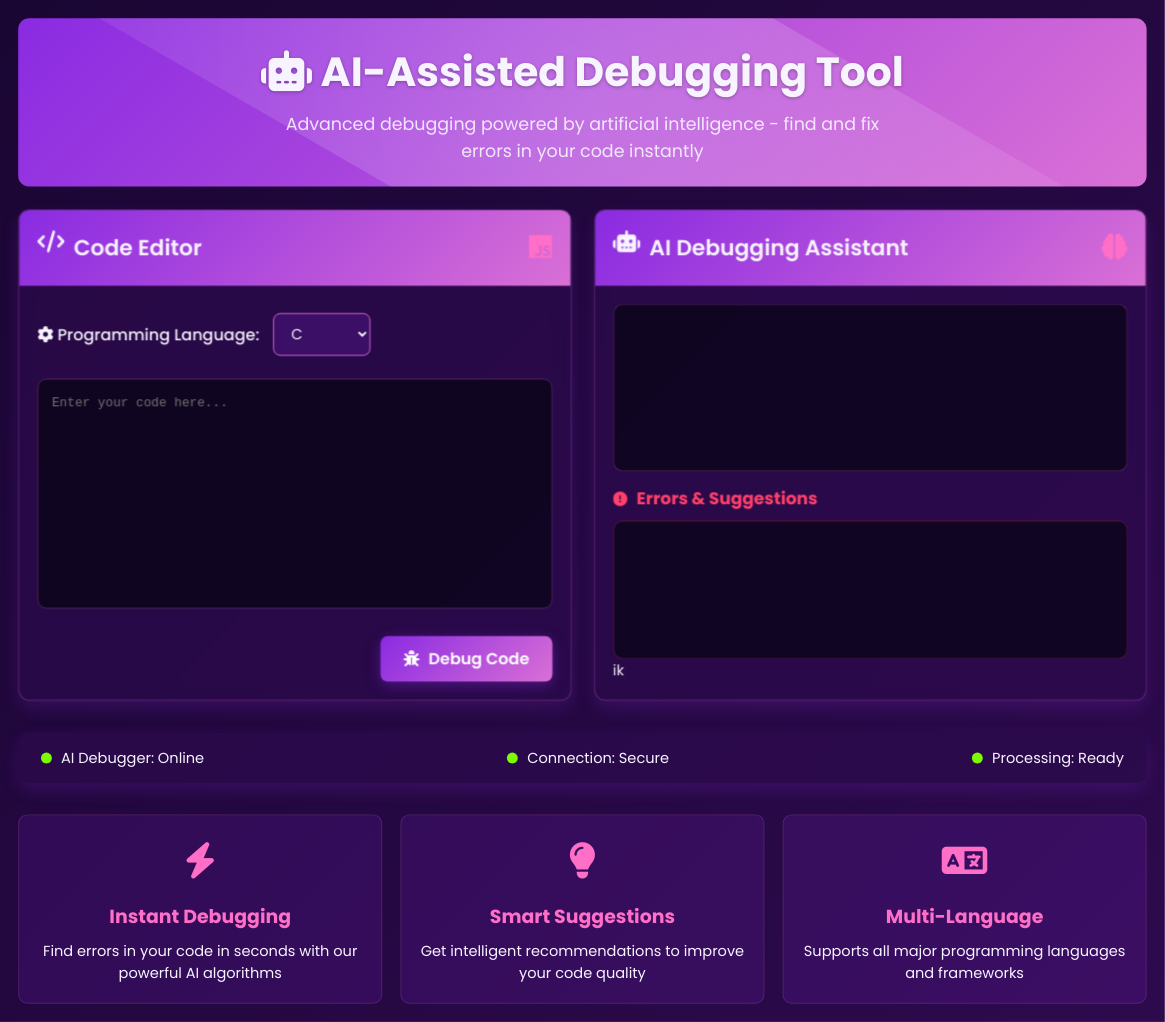
Repository: ujjwalkathait/AI-Asissted_Debugging_tool
Page: Frontend/public/index.html
The author's editor kept a copy of each file at every save. The page is drawn from the files as they stood at one save, then again after a run of saves.
The browser window is 1280 px wide. The pictures show the whole page, at 91% of full size.

Above is the page before, as saved 2025-07-13 23:07:13.

### Frontend/public/index.html
<!DOCTYPE html>
<html lang="en">
<head>
    <meta charset="UTF-8">
    <meta name="viewport" content="width=device-width, initial-scale=1.0">
    <title>AI-Assisted Debugging Tool</title>
    <link href="https://fonts.googleapis.com/css2?family=Poppins:wght@300;400;500;600;700&display=swap" rel="stylesheet">
    <link rel="stylesheet" href="https://cdnjs.cloudflare.com/ajax/libs/font-awesome/6.4.0/css/all.min.css">
    <link rel="stylesheet" href="style.css">
</head>
<body>
    <div class="container">
        <header>
            <h1><i class="fas fa-robot"></i> AI-Assisted Debugging Tool</h1>
            <p>Advanced debugging powered by artificial intelligence - find and fix errors in your code instantly</p>
        </header>

        <div class="main-content">
            <div class="panel">
                <div class="panel-header">
                    <div class="panel-title">
                        <i class="fas fa-code floating"></i>
                        <span>Code Editor</span>
                    </div>
                    <div class="language-icon">
                        <i class="fab fa-js"></i>
                    </div>
                </div>
                <div class="panel-body">
                    <div class="editor-container">
                        <div class="language-selector">
                            <label for="language-select"><i class="fas fa-cog"></i> Programming Language:</label>
                            <select id="language-select">
                                <option>C</option>
                                <option>C++</option>
                                <option>Python</option>
                                <option>Java</option>
                            </select>
                        </div>
                        <textarea class="code-editor" id="code-input" placeholder="Enter your code here..."></textarea>
                        <button class="debug-btn" id="debug-button">
                            <i class="fas fa-bug"></i> Debug Code
                        </button>
                    </div>
                </div>
            </div>

            <div class="panel">
                <div class="panel-header">
                    <div class="panel-title">
                        <i class="fas fa-robot floating"></i>
                        <span>AI Debugging Assistant</span>
                    </div>
                    <div class="language-icon">
                        <i class="fas fa-brain"></i>
                    </div>
                </div>
                <div class="panel-body">
                    <div class="output-container">
                        <div class="ai-output" id="debug-output">
                </div>

                        <div class="error-container">
                            <div class="error-header">
                                <i class="fas fa-exclamation-circle"></i>
                                <h3>Errors & Suggestions</h3>
                            </div>
                            <div class="error-box" id="error-output"></div>
                        </div>
                    </div>ik
                </div>
            </div>
        </div>

        <div class="status-bar">
            <div class="status-item">
                <div class="status-indicator"></div>
                <span>AI Debugger: Online</span>
            </div>
            <div class="status-item">
                <div class="status-indicator"></div>
                <span>Connection: Secure</span>
            </div>
            <div class="status-item">
                <div class="status-indicator"></div>
                <span>Processing: Ready</span>
            </div>
        </div>

        <div class="feature-grid">
            <div class="feature-card">
                <div class="feature-icon">
                    <i class="fas fa-bolt"></i>
                </div>
                <h3>Instant Debugging</h3>
                <p>Find errors in your code in seconds with our powerful AI algorithms</p>
            </div>
            <div class="feature-card">
                <div class="feature-icon">
                    <i class="fas fa-lightbulb"></i>
                </div>
                <h3>Smart Suggestions</h3>
                <p>Get intelligent recommendations to improve your code quality</p>
            </div>
            <div class="feature-card">
                <div class="feature-icon">
                    <i class="fas fa-language"></i>
                </div>
                <h3>Multi-Language</h3>
                <p>Supports all major programming languages and frameworks</p>
            </div>
        </div>
    </div>

    <script src="script.js"></script>
</body>
</html>

### Frontend/public/style.css
:root {
    --primary: #8A2BE2;
    --secondary: #DA70D6;
    --accent: #FF6EC7;
    --dark: #2D0A4D;
    --light: #F8F4FF;
    --text: #4A2A7C;
    --success: #7CFC00;
    --error: #FF416C;
    --border-radius: 12px;
    --transition: all 0.3s ease;
    --box-shadow: 0 8px 20px rgba(138, 43, 226, 0.2);
    --gradient: linear-gradient(135deg, var(--primary), var(--secondary));
}

* {
    margin: 0;
    padding: 0;
    box-sizing: border-box;
    font-family: 'Poppins', sans-serif;
}

body {
    background: linear-gradient(135deg, #1a0633, #2d0a4d);
    color: var(--light);
    min-height: 100vh;
    padding: 20px;
    display: flex;
    justify-content: center;
    align-items: center;
}

.container {
    width: 100%;
    max-width: 1600px;
    display: flex;
    flex-direction: column;
    gap: 25px;
}

header {
    text-align: center;
    padding: 25px;
    background: var(--gradient);
    border-radius: var(--border-radius);
    box-shadow: var(--box-shadow);
    animation: pulse 3s infinite;
    position: relative;
    overflow: hidden;
}

header::before {
    content: "";
    position: absolute;
    top: -50%;
    left: -50%;
    width: 200%;
    height: 200%;
    background: radial-gradient(circle, rgba(255,255,255,0.2) 0%, rgba(255,255,255,0) 70%);
    transform: rotate(30deg);
}

header h1 {
    font-size: 2.8rem;
    font-weight: 700;
    margin-bottom: 10px;
    text-shadow: 0 2px 4px rgba(0,0,0,0.3);
    position: relative;
}

header p {
    font-size: 1.2rem;
    opacity: 0.9;
    max-width: 700px;
    margin: 0 auto;
    position: relative;
}

.main-content {
    display: flex;
    gap: 25px;
    height: 75vh;
}

.panel {
    background: rgba(45, 10, 77, 0.7);
    backdrop-filter: blur(10px);
    border-radius: var(--border-radius);
    box-shadow: var(--box-shadow);
    overflow: hidden;
    display: flex;
    flex-direction: column;
    border: 1px solid rgba(218, 112, 214, 0.3);
    flex: 1;
}

.panel-header {
    padding: 20px;
    background: var(--gradient);
    display: flex;
    justify-content: space-between;
    align-items: center;
}

.panel-title {
    font-size: 1.5rem;
    font-weight: 600;
    display: flex;
    align-items: center;
    gap: 10px;
}

.panel-body {
    padding: 20px;
    flex: 1;
    display: flex;
    flex-direction: column;
    overflow: hidden;
}

.editor-container {
    flex: 1;
    display: flex;
    flex-direction: column;
    gap: 15px;
}

.language-selector {
    display: flex;
    align-items: center;
    gap: 15px;
    padding: 10px 0;
}

.language-selector label {
    font-size: 1.1rem;
    font-weight: 500;
}

select {
    padding: 10px 15px;
    background: rgba(138, 43, 226, 0.2);
    border: 1px solid var(--secondary);
    border-radius: 8px;
    color: white;
    font-size: 1rem;
    cursor: pointer;
    transition: var(--transition);
    outline: none;
}

select:focus {
    box-shadow: 0 0 0 3px rgba(218, 112, 214, 0.4);
}

.code-editor {
    flex: 1;
    background: rgba(10, 5, 25, 0.8);
    border-radius: 10px;
    border: 1px solid rgba(218, 112, 214, 0.3);
    padding: 15px;
    font-family: 'Courier New', monospace;
    font-size: 14px;
    color: #E6D4FF;
    line-height: 1.5;
    resize: none;
    transition: var(--transition);
}

.code-editor:focus {
    border-color: var(--accent);
    box-shadow: 0 0 0 3px rgba(255, 110, 199, 0.2);
}

.debug-btn {
    padding: 12px 25px;
    background: var(--gradient);
    color: white;
    border: none;
    border-radius: 8px;
    font-size: 1.1rem;
    font-weight: 600;
    cursor: pointer;
    transition: var(--transition);
    display: flex;
    align-items: center;
    justify-content: center;
    gap: 10px;
    margin-top: 15px;
    align-self: flex-end;
    box-shadow: 0 4px 15px rgba(138, 43, 226, 0.4);
}

.debug-btn:hover {
    transform: translateY(-3px);
    box-shadow: 0 6px 20px rgba(138, 43, 226, 0.6);
}

.debug-btn:active {
    transform: translateY(1px);
}

.output-container {
    flex: 1;
    display: flex;
    flex-direction: column;
    gap: 15px;
    overflow: hidden;
}

.ai-output {
    background: rgba(10, 5, 25, 0.8);
    border-radius: 10px;
    border: 1px solid rgba(218, 112, 214, 0.3);
    padding: 15px;
    font-family: 'Courier New', monospace;
    font-size: 14px;
    color: #E6D4FF;
    line-height: 1.5;
    overflow-y: auto;
    height: 200px;
}

.error-container {
    display: flex;
    flex-direction: column;
    gap: 10px;
    height: 210px;
}

.error-header {
    display: flex;
    align-items: center;
    gap: 10px;
    color: var(--error);
}

.error-box {
    background: rgba(10, 5, 25, 0.8);
    border-radius: 10px;
    border: 1px solid rgba(255, 65, 108, 0.3);
    padding: 15px;
    font-family: 'Courier New', monospace;
    font-size: 14px;
    color: #FFA8BA;
    line-height: 1.5;
    overflow-y: auto;
    height: 100%;
}
.error-box pre{
    margin: 0;
    white-space: pre-wrap;
    word-break: break-word;

}
.status-bar {
    display: flex;
    justify-content: space-between;
    padding: 15px 25px;
    background: rgba(45, 10, 77, 0.7);
    border-radius: var(--border-radius);
    box-shadow: var(--box-shadow);
    margin-top: 10px;
}

.status-item {
    display: flex;
    align-items: center;
    gap: 10px;
}

.status-indicator {
    width: 12px;
    height: 12px;
    border-radius: 50%;
    background: var(--success);
}

.status-indicator.error {
    background: var(--error);
}

.language-icon {
    font-size: 1.8rem;
    color: var(--accent);
}

.feature-grid {
    display: grid;
    grid-template-columns: repeat(3, 1fr);
    gap: 20px;
    margin-top: 10px;
}

.feature-card {
    background: rgba(138, 43, 226, 0.15);
    border-radius: 10px;
    padding: 20px;
    text-align: center;
    transition: var(--transition);
    border: 1px solid rgba(218, 112, 214, 0.2);
}

.feature-card:hover {
    transform: translateY(-5px);
    background: rgba(138, 43, 226, 0.25);
    box-shadow: 0 8px 20px rgba(138, 43, 226, 0.3);
}

.feature-icon {
    font-size: 2.5rem;
    color: var(--accent);
    margin-bottom: 15px;
}

.feature-card h3 {
    font-size: 1.3rem;
    margin-bottom: 10px;
    color: var(--accent);
}

/* Animations */
@keyframes pulse {
    0% { box-shadow: 0 0 0 0 rgba(138, 43, 226, 0.6); }
    70% { box-shadow: 0 0 0 15px rgba(138, 43, 226, 0); }
    100% { box-shadow: 0 0 0 0 rgba(138, 43, 226, 0); }
}

@keyframes float {
    0% { transform: translateY(0px); }
    50% { transform: translateY(-10px); }
    100% { transform: translateY(0px); }
}

.floating {
    animation: float 3s ease-in-out infinite;
}

/* Scrollbar styling */
::-webkit-scrollbar {
    width: 8px;
}

::-webkit-scrollbar-track {
    background: rgba(45, 10, 77, 0.3);
    border-radius: 4px;
}

::-webkit-scrollbar-thumb {
    background: var(--secondary);
    border-radius: 4px;
}

::-webkit-scrollbar-thumb:hover {
    background: var(--accent);
}

/* Responsive design */
@media (max-width: 1200px) {
    .main-content {
        flex-direction: column;
        height: auto;
    }

    .feature-grid {
        grid-template-columns: repeat(2, 1fr);
    }
}

@media (max-width: 768px) {
    .feature-grid {
        grid-template-columns: 1fr;
    }

    header h1 {
        font-size: 2.2rem;
    }

    .panel-header {
        padding: 15px;
    }
}

### Frontend/public/script.js
// document.addEventListener('DOMContentLoaded', function () {
//     const debugBtn = document.getElementById('debug-button');
//     const codeInput = document.getElementById('code-input');
//     const debugOutput = document.getElementById('debug-output');
//     const errorOutput = document.getElementById('error-output');
//     const languageSelect = document.getElementById('language-select');
//     const languageIcon = document.querySelector('.language-icon i');

//     // Language icons mapping
//     const languageIcons = {
//         'JavaScript': 'fab fa-js',
//         'Python': 'fab fa-python',
//         'Java': 'fab fa-java',
//         'C++': 'fas fa-c++',
//         'C': 'fas fa-c',
//         'TypeScript': 'fas fa-code',
//         'PHP': 'fab fa-php',
//         'Ruby': 'fas fa-gem'
//     };

//     // Update language icon when selection changes
//     languageSelect.addEventListener('change', function () {
//         const lang = this.value;
//         languageIcon.className = languageIcons[lang] || 'fas fa-code';
//     });

//     // Debug button functionality
//     debugBtn.addEventListener('click', async function () {
//         const code = codeInput.value.trim();
//         const language = languageSelect.value;

//         if (!code) {
//             errorOutput.innerHTML = `<pre style="color:orange;">⚠️ Please enter some code before debugging.</pre>`;
//             return;
//         }

//         // UI feedback
//         debugBtn.innerHTML = '<i class="fas fa-spinner fa-spin"></i> Debugging...';
//         debugBtn.disabled = true;
//         debugOutput.textContent = '';
//         errorOutput.innerHTML = '';

//         try {
//             const response = await fetch("http://localhost:3000/debug", {
//                 method: "POST",
//                 headers: {
//                     "Content-Type": "application/json"
//                 },
//                 body: JSON.stringify({ code, language })
//             });

//             if (!response.ok) {
//                 throw new Error("Server error while debugging.");
//             }

//             const result = await response.json();

//             // Show corrected code
//             // debugOutput.textContent = result.fixedCode || "// No corrections found.";
//             debugOutput.innerHTML = `<pre>${result.fixedCode || "// No corrections found."}</pre>`;


//             // Show errors or success
//             if (result.errors) {
//                 errorOutput.innerHTML = `<pre style="color:red;">${result.errors}</pre>`;
//             } else {
//                 errorOutput.innerHTML = `<pre style="color:lightgreen;">✅ No syntax errors detected.</pre>`;
//             }

//         } catch (err) {
//             errorOutput.innerHTML = `<pre style="color:red;">⚠️ Error: ${err.message}</pre>`;
//         } finally {
//             // Reset button state
//             debugBtn.innerHTML = '<i class="fas fa-bug"></i> Debug Code';
//             debugBtn.disabled = false;
//             debugBtn.style.background = 'linear-gradient(135deg, #00c853, #7cfc00)';
//             setTimeout(() => {
//                 debugBtn.style.background = 'var(--gradient)';
//             }, 2000);
//         }
//     });

//     // Add example code on first click (optional)
//     codeInput.addEventListener('click', function () {
//         if (this.value === '') {
//             this.value = '';
//         }
//     });
// });

document.addEventListener('DOMContentLoaded', function () {
    const debugBtn = document.getElementById('debug-button');
    const codeInput = document.getElementById('code-input');
    const debugOutput = document.getElementById('debug-output');
    const errorOutput = document.getElementById('error-output');
    const languageSelect = document.getElementById('language-select');
    const languageIcon = document.querySelector('.language-icon i');

    const languageIcons = {
        'JavaScript': 'fab fa-js',
        'Python': 'fab fa-python',
        'Java': 'fab fa-java',
        'C++': 'fas fa-c++',
        'C': 'fas fa-c',
        'TypeScript': 'fas fa-code',
        'PHP': 'fab fa-php',
        'Ruby': 'fas fa-gem'
    };

    languageSelect.addEventListener('change', function () {
        const lang = this.value;
        languageIcon.className = languageIcons[lang] || 'fas fa-code';
    });

    debugBtn.addEventListener('click', async function () {
        const code = codeInput.value.trim();
        const language = languageSelect.value;

        if (!code) {
            errorOutput.innerHTML = `<pre style="color:orange;">⚠️ Please enter some code before debugging.</pre>`;
            return;
        }

        debugBtn.innerHTML = '<i class="fas fa-spinner fa-spin"></i> Debugging...';
        debugBtn.disabled = true;
        debugOutput.textContent = '';
        errorOutput.innerHTML = '';

        try {
            const response = await fetch("http://localhost:3000/debug", {
                method: "POST",
                headers: {
                    "Content-Type": "application/json"
                },
                body: JSON.stringify({ code, language })
            });

            if (!response.ok) {
                throw new Error("Server error while debugging.");
            }

            const result = await response.json();

            debugOutput.innerHTML = `<pre>${result.fixedCode || "// No corrections found."}</pre>`;

            if (result.errors) {
                errorOutput.innerHTML = `<pre style="color:red;">${result.errors}</pre>`;
            } else {
                errorOutput.innerHTML = `<pre style="color:lightgreen;">✅ No syntax errors detected.</pre>`;
            }

            if (result.explanation) {
                errorOutput.innerHTML += `<br><pre style="color:deepskyblue;">💡 Gemini says: ${result.explanation}</pre>`;
            }

        } catch (err) {
            errorOutput.innerHTML = `<pre style="color:red;">⚠️ Error: ${err.message}</pre>`;
        } finally {
            debugBtn.innerHTML = '<i class="fas fa-bug"></i> Debug Code';
            debugBtn.disabled = false;
            debugBtn.style.background = 'linear-gradient(135deg, #00c853, #7cfc00)';
            setTimeout(() => {
                debugBtn.style.background = 'var(--gradient)';
            }, 2000);
        }
    });

    codeInput.addEventListener('click', function () {
        if (this.value === '') {
            this.value = '';
        }
    });
});

After the next 3 saves:
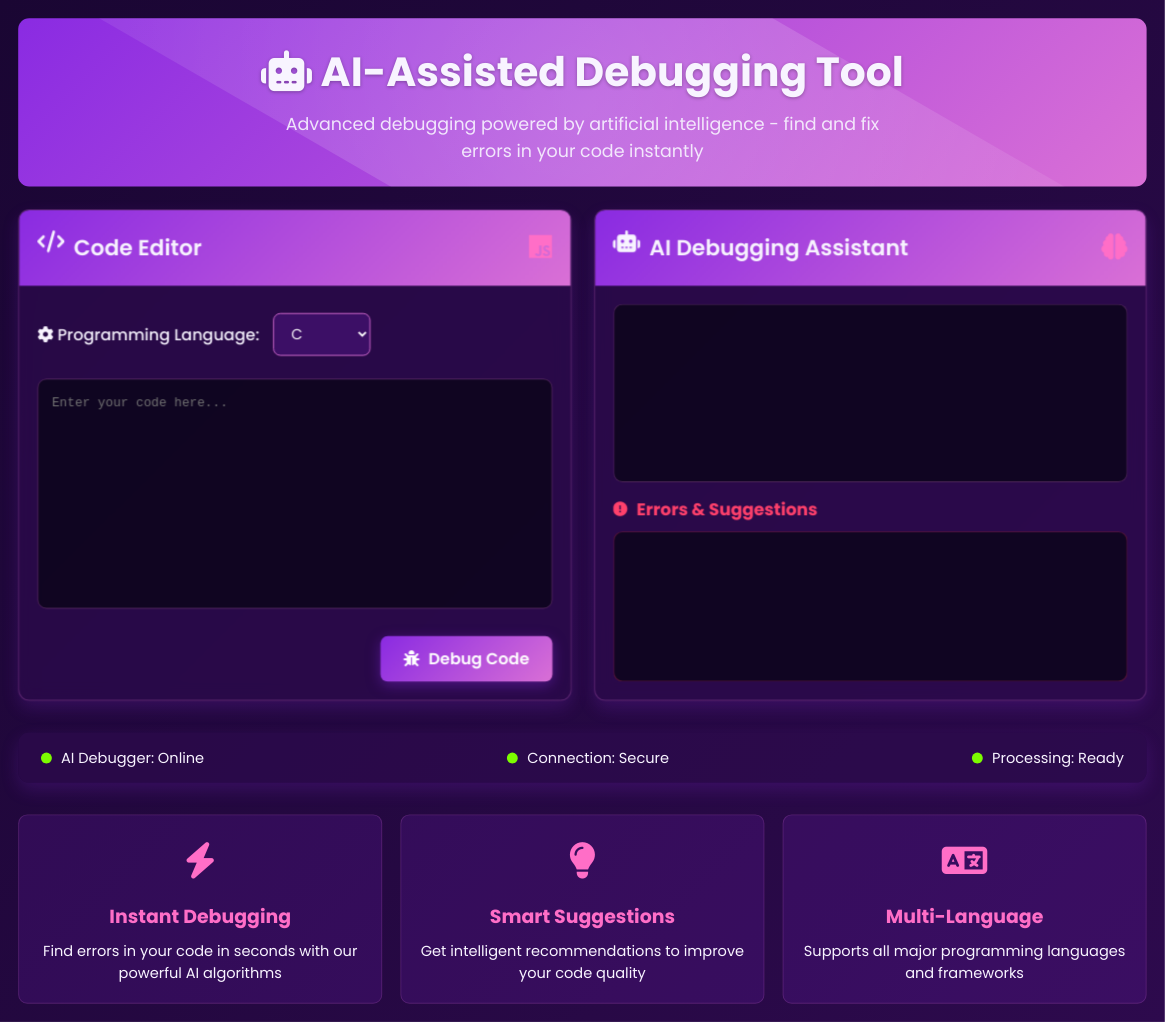
The 3 saves are shown as one change because they came seconds apart.
The last was saved 13 s later.
--- a/Frontend/public/index.html
+++ b/Frontend/public/index.html
@@ -58,7 +58,7 @@
                 <div class="panel-body">
                     <div class="output-container">
                         <div class="ai-output" id="debug-output">
-                </div>
+</div>
 
                         <div class="error-container">
                             <div class="error-header">
@@ -67,7 +67,7 @@
                             </div>
                             <div class="error-box" id="error-output"></div>
                         </div>
-                    </div>ik
+                    </div>
                 </div>
             </div>
         </div>
